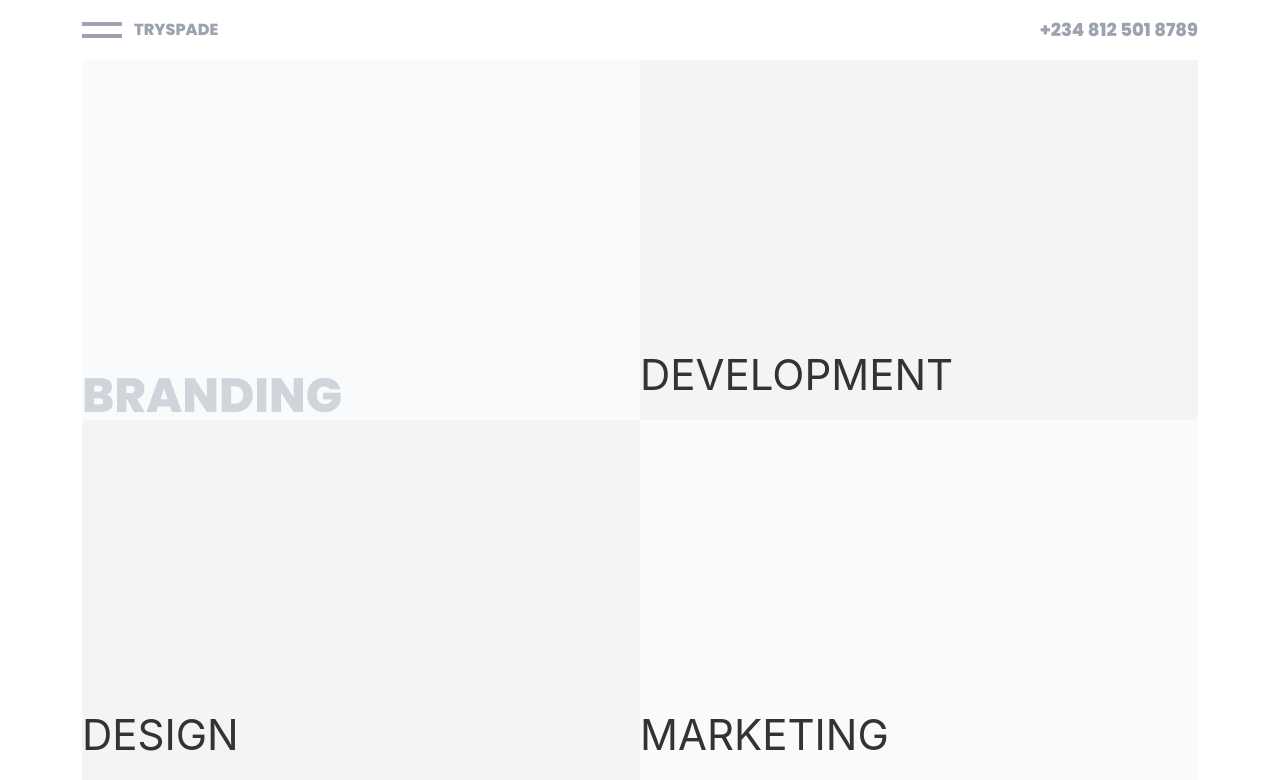
Repository: latenightsnacc/super-octo-fortnight
Page: new.html
The author's editor kept a copy of each file at every save. The page is drawn from the files as they stood at one save, then again after the next save.
The browser window is 1280 px wide. The pictures show the whole page.
Some web libraries are served in a nearby version.

Above is the page before, as saved 2021-03-01 12:25:10.

After the next save:
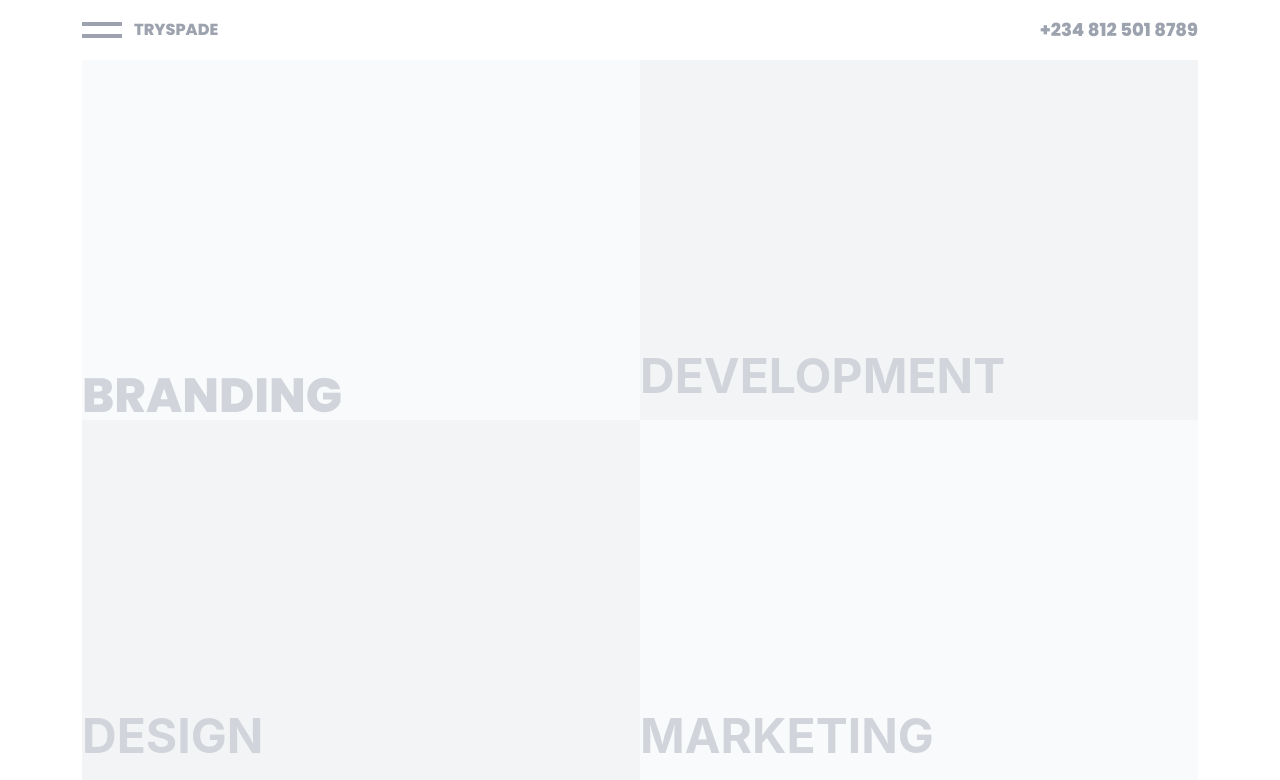
Saved 73 s later.
--- a/new.html
+++ b/new.html
@@ -54,19 +54,19 @@
                   </div>
                   <div class="bg-gray-100 h-50">
                       <div class="flex h-full items-end">
-                        <h1 class="uppercase">design</h1>
+                        <h1 class="uppercase text-2xl md:text-5xl text-gray-300 font-bold group-hover:text-gray-700">design</h1>
                       </div>
                   </div>
                 </div>
                 <div class="w-1/2 flex flex-col">
                   <div class="bg-gray-100 h-50">
                       <div class="flex h-full items-end">
-                        <h1 class="uppercase">development</h1>
+                        <h1 class="uppercase text-2xl md:text-5xl text-gray-300 font-bold group-hover:text-gray-700">development</h1>
                       </div>
                   </div>
                   <div class="bg-gray-50 h-50">
                       <div class="flex h-full items-end">
-                        <h1 class="uppercase">marketing</h1>
+                        <h1 class="uppercase text-2xl md:text-5xl text-gray-300 font-bold group-hover:text-gray-700">marketing</h1>
                       </div>
                   </div>
                 </div>
